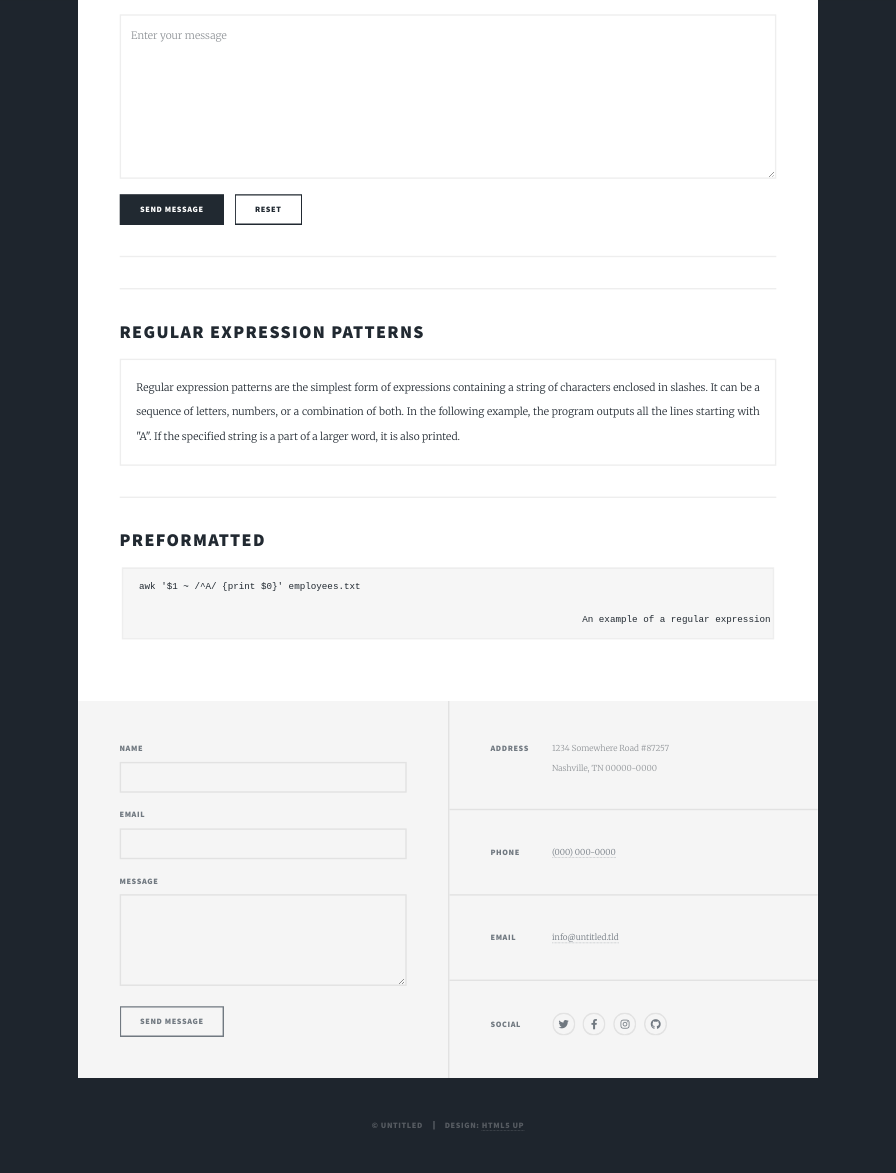
Repository: enlilsudo/Orlando-Portfolio
Page: elements.html
An editor plug-in stored every save of this project. The page is shown before and after the next save, followed by the edit.
The browser window is 1280 px wide. The pictures show the part of the page from y = 3638 to 5558 px (the page is 5314 px tall before and 5558 px after), at 70% of full size.

Above is the page before, as saved 2023-02-21 07:52:47.

### elements.html
<!DOCTYPE HTML>
<!--
	Massively by HTML5 UP
	html5up.net | @ajlkn
	Free for personal and commercial use under the CCA 3.0 license (html5up.net/license)
-->
<html>
	<head>
		<title>Elements Reference - Massively by HTML5 UP</title>
		<meta charset="utf-8" />
		<meta name="viewport" content="width=device-width, initial-scale=1, user-scalable=no" />
		<link rel="stylesheet" href="assets/css/main.css" />
		<noscript><link rel="stylesheet" href="assets/css/noscript.css" /></noscript>
	</head>
	<body class="is-preload">

		<!-- Wrapper -->
			<div id="wrapper">

				<!-- Header -->
					<header id="header">
						<a href="index.html" class="logo">My Portfolio</a>
					</header>

				<!-- Nav -->
					<nav id="nav">
						<ul class="links">
							<li><a href="index.html">My Projects</a></li>
							<li><a href="generic.html">My Philosophy</a></li>
							<li class="active"><a href="elements.html">Elements of Reference</a></li>
						</ul>
						<ul class="icons">
							<li><a href="#" class="icon brands fa-twitter"><span class="label">Twitter</span></a></li>
							<li><a href="#" class="icon brands fa-facebook-f"><span class="label">Facebook</span></a></li>
							<li><a href="#" class="icon brands fa-instagram"><span class="label">Instagram</span></a></li>
							<li><a href="#" class="icon brands fa-github"><span class="label">GitHub</span></a></li>
						</ul>
					</nav>

				<!-- Main -->
					<div id="main">

						<!-- Post -->
							<section class="post">
								<header class="major">
									<h1>Automating<br />
									Tools</h1>
								</header>

								<!-- Text stuff -->
									<h2>Sphinx</h2>
									<p>Sphinx is a site generator it uses reStructuredText
									Markup language by default, and can read MySt Markdown via third-party
									extensions, it is powerful and easy to use code: <code>{sphinx-quickstart docs}</code>.
									Finally, this is a <a href="https://www.sphinx-doc.org/en/master/#get-started">link to the project</a>.</p>
									<hr />
									<h2>Hugo</h2>
									<p>Hugo gives us a framework for building a fast, organized content site using many of the skills
										 you already have. You define your layouts in HTML and your content in Markdown.
										Hugo has built-in support for tagging, categorization, related content, multiple output formats, image optimization, and asset handling code: <code>{hugo new site portfolio}</code>.
										To find ut more, this is a <a href="https://gohugo.io/">link to the project</a>.</p>
									<h2>Jekyll</h2>
									<p>Jekyll is a static site generator. It takes text written in your favorite markup language and uses layouts to create a static website.
										You can tweak the site’s look and feel, URLs, the data displayed on the page, and more. code: <code>{jekyll build ./_site}</code>.
										To learn more, this is a <a href="https://jekyllrb.com/">link to the project</a>.</p>
									<h2>Storybook and React</h2>
									<p>Storybook is a frontend workshop for building UI components and pages in isolation. Thousands of teams use it for UI development, testing, and documentation.
										It’s open source and free. Once inside your React project, code: <code>{npx storybook init}</code>.
										Finally, this is a <a href="https://storybook.js.org/">link to the project</a>.</p>
									<h2>Chromatic</h2>
									<p>Chromatic automates gathering UI feedback, visual testing, and documentation, so developers can iterate faster with less manual work.
										Maintain a documented, versioned, and searchable library for your components. Chromatic helps teammates discover your work to reuse.
										Reference Chromatic’s library inside your local Storybook or on the website. To learn more about chromatic click here: <a href="https://www.chromatic.com/docs/"> in this link</a>
									</p>
									<h2>GitBook</h2>
									<p>API references, code guidelines, product overviews and everything in between.
										GitBook helps you help your users with easy-to-publish, intuitive to use, highly searchable docs.
										The good thing about GitBook is that it offers integration through GitHub and GitLabs.To find out more click in this <a href="https://www.gitbook.com/">link to the project</a></p>
									<hr />
									<header>
										<h2>Full Stack Development</h2>
										<p>At the end of the day, it's the user navigating the front-end who determines how the software application measures up.
											And yet the back-end makes sure that nothing falls apart in the process.
											Essentially, back-end and front-end development work together to deliver the best of both worlds.
											In that sense, full stack development defines the combination of client-side and server-side development.</p>
									</header>
									<p>Most types of software development need to approach their project keeping in mind that full stack development is the goal.
										Usually, this means looking for specialized developers for front-end and back-end development. Developers on either end tend to know several technologies that are practical for their area of expertise.
										There are also full stack developers who know the ins and outs of front-end and back-end development.
										Hiring full stack developers can make for more comprehensive software development overall. It can also reduce hiring costs. </p>
									<header>
										<h2>Data analysis with Pandas</h2>
										<p>Whether you are building complex Machine Learning models or you just want to organize your monthly budget in an Excel spreadsheet, you must know how to manipulate and analyze your data.
											While many tools can get the job done, today we're going to talk about one of the most used and beginner-friendly of them all, <a href="https://pandas.pydata.org/">link to the project</a> Pandas.</p>
									</header>
									<p>Pandas is an open-source Python library designed to deal with data analysis and data manipulation.
										Citing the official website, <a href="https://pandas.pydata.org/">link to the project</a>

									</p>
									<header>
										<h2>AWK - Text Processing Programming Language</h2>
										<p>Awk is a scripting language used for manipulating data and generating reports. The awk command programming language requires no compiling and allows the user to use variables, numeric functions, string functions, and logical operators.
											Awk is a utility that enables a programmer to write tiny but effective programs in the form of statements that define text patterns that are to be searched for in each line of a document and the action that is to be taken when a match is found within a line.
											Awk is mostly used for pattern scanning and processing. It searches one or more files to see if they contain lines that matches with the specified patterns and then perform the associated actions.
											Awk is abbreviated from the names of the developers – Aho, Weinberger, and Kernighan.<a href="https://www.tutorialspoint.com/awk/index.htm">link to the project</a> </p>
									</header>
									<p>1. AWK Operations:
										(a) Scans a file line by line
										(b) Splits each input line into fields
										(c) Compares input line/fields to pattern
										(d) Performs action(s) on matched lines

										2. Useful For:
										(a) Transform data files
										(b) Produce formatted reports

										3. Programming Constructs:
										(a) Format output lines
										(b) Arithmetic and string operations
										(c) Conditionals and loops </p>

									<hr />

									<table>
										<tr>
										  <th>AWK Operations</th>
										  <th>AWK Statements</th>
										  <th>AWK Patterns
										</th>
										</tr>
										<tr>
										  <td>Scan a file line by line</td>
										  <td>if-else, while, for, break</td>
										  <td>Regular expressions.</td>
										</tr>
										<tr>
										  <td>Split the input line/file into fields</td>
										  <td>works by evaluating the condition</td>
										  <td>Arithmetic relational expressions.</td>
										</tr>
									  </table>



									<hr />

								<!-- Blockquote -->
									<h2>Blockquote</h2>
									<blockquote>“The saddest aspect of life right now is that science gathers knowledge faster than society gathers wisdom.”
										― Isaac Asimov</blockquote>

									<hr />

								<!-- Form -->
									<h2>Form</h2>

									<form method="post" action="#">
										<div class="row gtr-uniform">
											<div class="col-6 col-12-xsmall">
												<input type="text" name="demo-name" id="demo-name" value="" placeholder="Name" />
											</div>
											<div class="col-6 col-12-xsmall">
												<input type="email" name="demo-email" id="demo-email" value="" placeholder="Email" />
											</div>
											<!-- Break -->
											<div class="col-12">
												<select name="demo-category" id="demo-category">
													<option value="">- Category -</option>
													<option value="1">Manufacturing</option>
													<option value="1">Shipping</option>
													<option value="1">Administration</option>
													<option value="1">Human Resources</option>
												</select>
											</div>
											<!-- Break -->
											<div class="col-4 col-12-small">
												<input type="radio" id="demo-priority-low" name="demo-priority" checked>
												<label for="demo-priority-low">Low</label>
											</div>
											<div class="col-4 col-12-small">
												<input type="radio" id="demo-priority-normal" name="demo-priority">
												<label for="demo-priority-normal">Normal</label>
											</div>
											<div class="col-4 col-12-small">
												<input type="radio" id="demo-priority-high" name="demo-priority">
												<label for="demo-priority-high">High</label>
											</div>
											<!-- Break -->
											<div class="col-6 col-12-small">
												<input type="checkbox" id="demo-copy" name="demo-copy">
												<label for="demo-copy">Email me a copy</label>
											</div>
											<div class="col-6 col-12-small">
												<input type="checkbox" id="demo-human" name="demo-human" checked>
												<label for="demo-human">I am a human</label>
											</div>
											<!-- Break -->
											<div class="col-12">
												<textarea name="demo-message" id="demo-message" placeholder="Enter your message" rows="6"></textarea>
											</div>
											<!-- Break -->
											<div class="col-12">
												<ul class="actions">
													<li><input type="submit" value="Send Message" class="primary" /></li>
													<li><input type="reset" value="Reset" /></li>
												</ul>
											</div>
										</div>
									</form>

									<hr />

								<!-- Image -->

									<hr />

								<!-- Box -->
									<h2>Regular Expression Patterns
									</h2>
									<div class="box">
										<p>Regular expression patterns are the simplest form of expressions containing a string of characters enclosed in slashes. It can be a sequence of letters, numbers, or a combination of both.
											In the following example, the program outputs all the lines starting with "A". If the specified string is a part of a larger word, it is also printed.</p>
									</div>

									<hr />

								<!-- Preformatted Code -->
									<h2>Preformatted</h2>
									<pre><code>awk '$1 ~ /^A/ {print $0}' employees.txt

										An example of a regular expression pattern.
</code></pre>


							</section>

					</div>

				<!-- Footer -->
					<footer id="footer">
						<section>
							<form method="post" action="#">
								<div class="fields">
									<div class="field">
										<label for="name">Name</label>
										<input type="text" name="name" id="name" />
									</div>
									<div class="field">
										<label for="email">Email</label>
										<input type="text" name="email" id="email" />
									</div>
									<div class="field">
										<label for="message">Message</label>
										<textarea name="message" id="message" rows="3"></textarea>
									</div>
								</div>
								<ul class="actions">
									<li><input type="submit" value="Send Message" /></li>
								</ul>
							</form>
						</section>
						<section class="split contact">
							<section class="alt">
								<h3>Address</h3>
								<p>1234 Somewhere Road #87257<br />
								Nashville, TN 00000-0000</p>
							</section>
							<section>
								<h3>Phone</h3>
								<p><a href="#">(000) 000-0000</a></p>
							</section>
							<section>
								<h3>Email</h3>
								<p><a href="#">info@untitled.tld</a></p>
							</section>
							<section>
								<h3>Social</h3>
								<ul class="icons alt">
									<li><a href="#" class="icon brands alt fa-twitter"><span class="label">Twitter</span></a></li>
									<li><a href="#" class="icon brands alt fa-facebook-f"><span class="label">Facebook</span></a></li>
									<li><a href="#" class="icon brands alt fa-instagram"><span class="label">Instagram</span></a></li>
									<li><a href="#" class="icon brands alt fa-github"><span class="label">GitHub</span></a></li>
								</ul>
							</section>
						</section>
					</footer>

				<!-- Copyright -->
					<div id="copyright">
						<ul><li>&copy; Untitled</li><li>Design: <a href="https://html5up.net">HTML5 UP</a></li></ul>
					</div>

			</div>

		<!-- Scripts -->
			<script src="assets/js/jquery.min.js"></script>
			<script src="assets/js/jquery.scrollex.min.js"></script>
			<script src="assets/js/jquery.scrolly.min.js"></script>
			<script src="assets/js/browser.min.js"></script>
			<script src="assets/js/breakpoints.min.js"></script>
			<script src="assets/js/util.js"></script>
			<script src="assets/js/main.js"></script>

	</body>
</html>

Loaded but not shown: assets/js/jquery.min.js (library); assets/js/jquery.scrollex.min.js (common file); assets/js/jquery.scrolly.min.js (common file); assets/js/browser.min.js (common file); assets/js/breakpoints.min.js (common file); assets/css/fontawesome-all.min.css (library); assets/js/util.js (587 lines, source omitted); assets/js/main.js (258 lines, source omitted); assets/css/main.css (4689 lines, source omitted)

After the next save:
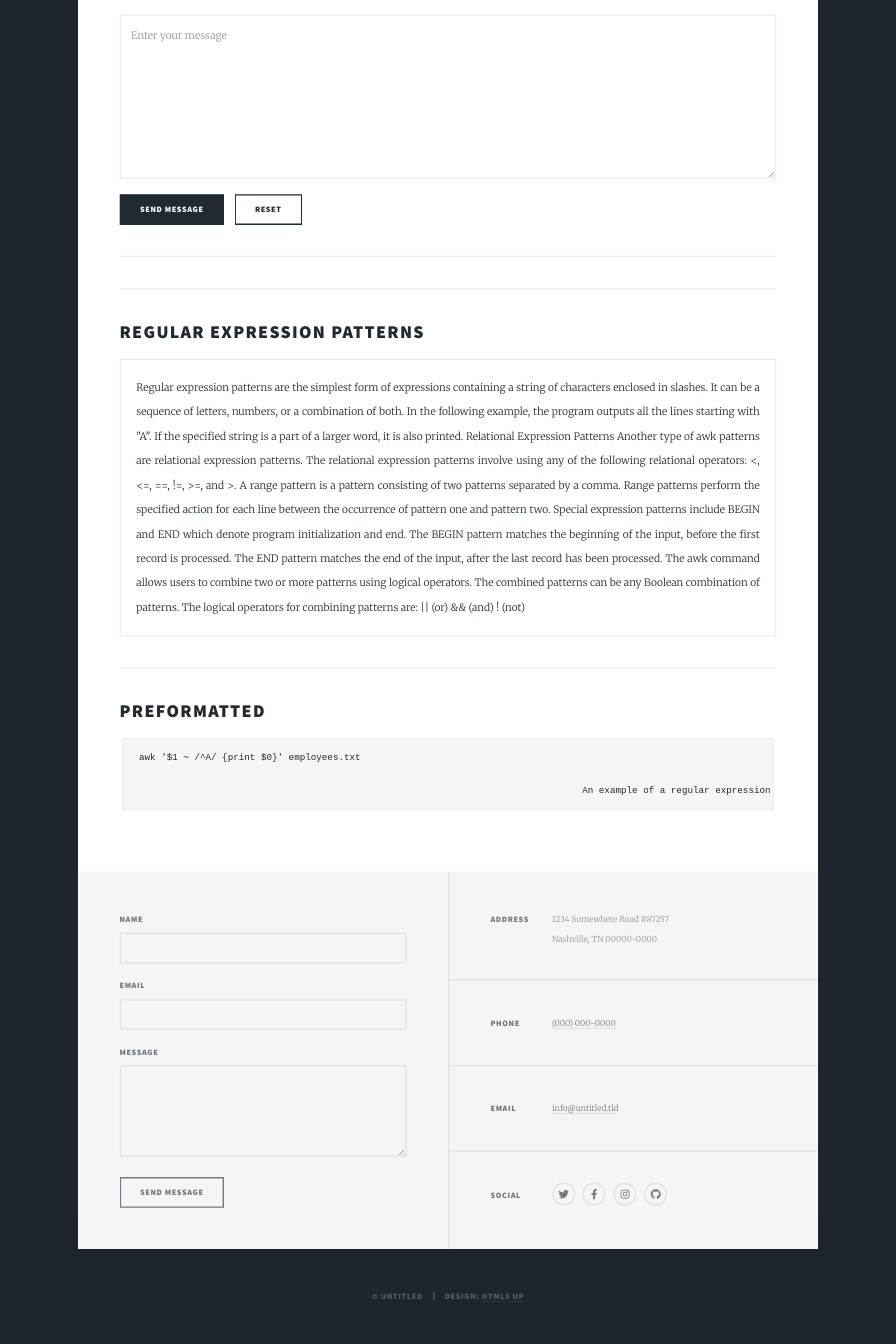
Saved 2 min 31 s later.
--- a/elements.html
+++ b/elements.html
@@ -219,7 +219,15 @@
 									</h2>
 									<div class="box">
 										<p>Regular expression patterns are the simplest form of expressions containing a string of characters enclosed in slashes. It can be a sequence of letters, numbers, or a combination of both.
-											In the following example, the program outputs all the lines starting with "A". If the specified string is a part of a larger word, it is also printed.</p>
+											In the following example, the program outputs all the lines starting with "A". If the specified string is a part of a larger word, it is also printed.											Relational Expression Patterns
+											Another type of awk patterns are relational expression patterns. The relational expression patterns involve using any of the following relational operators: <, <=, ==, !=, >=, and >.
+											A range pattern is a pattern consisting of two patterns separated by a comma. Range patterns perform the specified action for each line between the occurrence of pattern one and pattern two.
+											Special expression patterns include BEGIN and END which denote program initialization and end. The BEGIN pattern matches the beginning of the input, before the first record is processed. The END pattern matches the end of the input, after the last record has been processed.
+											The awk command allows users to combine two or more patterns using logical operators. The combined patterns can be any Boolean combination of patterns. The logical operators for combining patterns are:
+
+											|| (or)
+											&& (and)
+											! (not)</p>
 									</div>
 
 									<hr />
